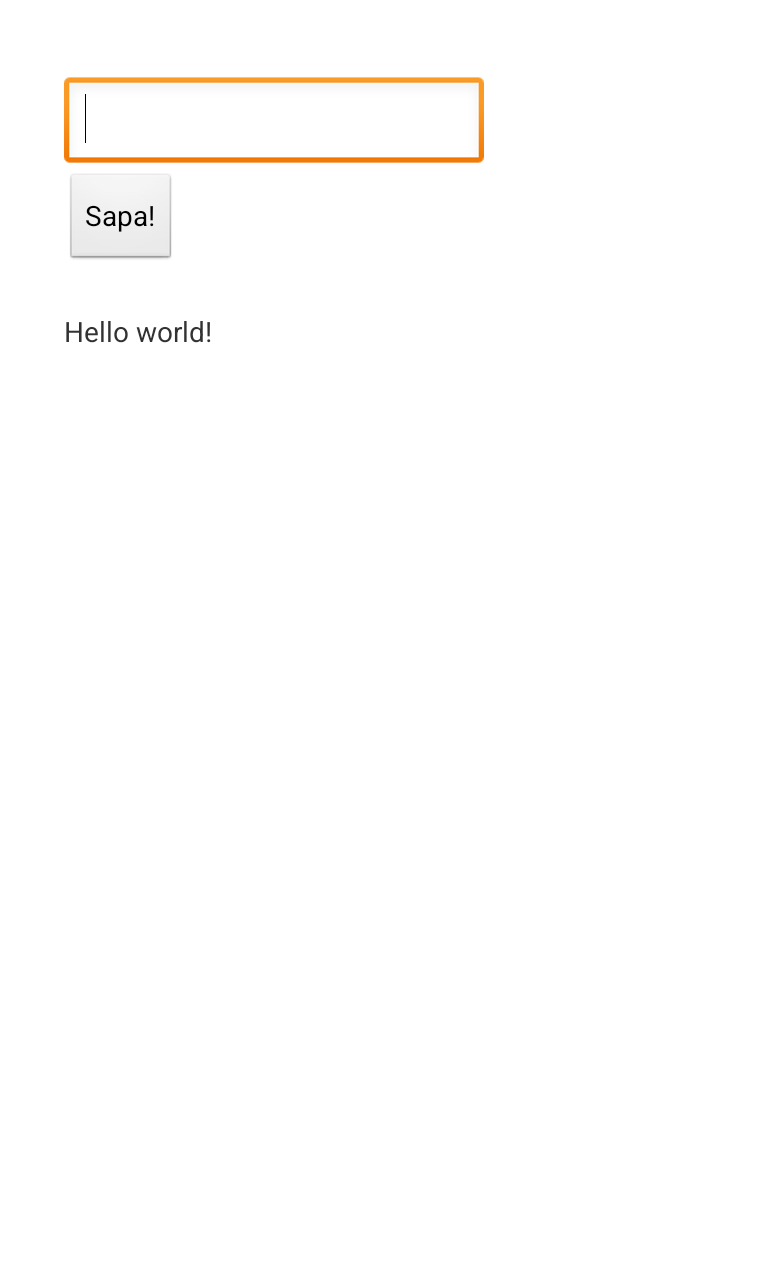
Repository: yht/adt-workspace-learning
Layout: HelloWorld/res/layout/activity_main.xml
These files come from the project's save history. The layout is drawn as it stood at one moment and after the next save; the edit follows.
It is drawn on a 768 x 1280 px phone screen (xhdpi) without system bars, with theme AppTheme; the app's code is not run.

Above is the layout before, as saved 2013-11-15 10:03:05.

### HelloWorld/res/layout/activity_main.xml
<RelativeLayout xmlns:android="http://schemas.android.com/apk/res/android"
    xmlns:tools="http://schemas.android.com/tools"
    android:layout_width="fill_parent"
    android:layout_height="fill_parent"
    android:paddingBottom="@dimen/activity_vertical_margin"
    android:paddingLeft="@dimen/activity_horizontal_margin"
    android:paddingRight="@dimen/activity_horizontal_margin"
    android:paddingTop="@dimen/activity_vertical_margin"
    tools:context=".MainActivity" >

    <EditText
        android:id="@+id/eNama"
        android:layout_width="wrap_content"
        android:layout_height="wrap_content"
        android:layout_alignParentLeft="true"
        android:layout_alignParentTop="true"
        android:layout_marginLeft="16dp"
        android:layout_marginTop="22dp"
        android:ems="10"
        android:inputType="textPersonName" >

        <requestFocus />
    </EditText>

    <Button
        android:id="@+id/bSapa"
        android:layout_width="wrap_content"
        android:layout_height="wrap_content"
        android:layout_alignLeft="@+id/eNama"
        android:layout_below="@+id/eNama"
        android:onClick="bSapaClick"
        android:text="Sapa!" />

        <TextView
        android:id="@+id/tvSalam"
        android:layout_width="wrap_content"
        android:layout_height="wrap_content"
        android:layout_alignLeft="@+id/eNama"
        android:layout_below="@+id/bSapa"
        android:layout_marginTop="22dp"
        android:text="@string/hello_world" />

</RelativeLayout>

Loaded but not shown: HelloWorld/res/values/styles.xml (common file); HelloWorld/res/values/dimens.xml (common file); HelloWorld/res/values/strings.xml (common file)

After the next save:
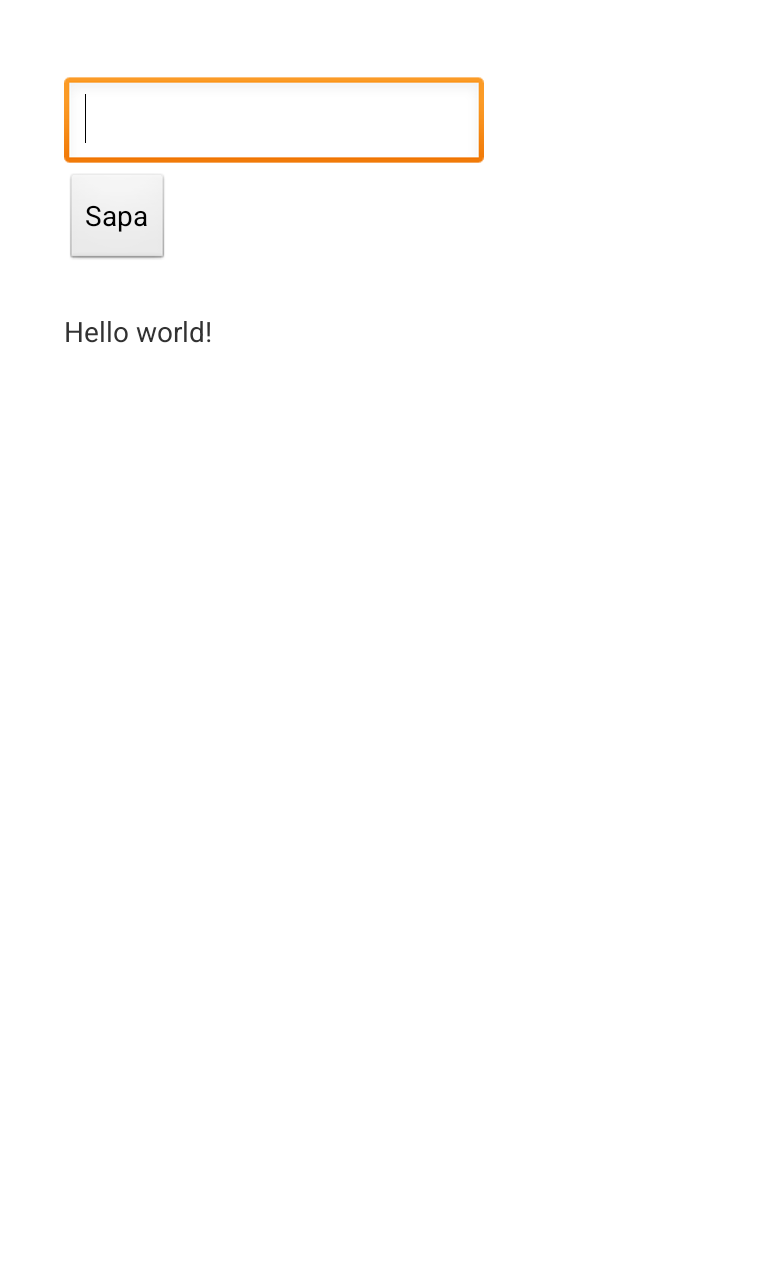
Saved 9 s later.
--- a/HelloWorld/res/layout/activity_main.xml
+++ b/HelloWorld/res/layout/activity_main.xml
@@ -29,7 +29,7 @@
         android:layout_alignLeft="@+id/eNama"
         android:layout_below="@+id/eNama"
         android:onClick="bSapaClick"
-        android:text="Sapa!" />
+        android:text="Sapa" />
 
         <TextView
         android:id="@+id/tvSalam"
